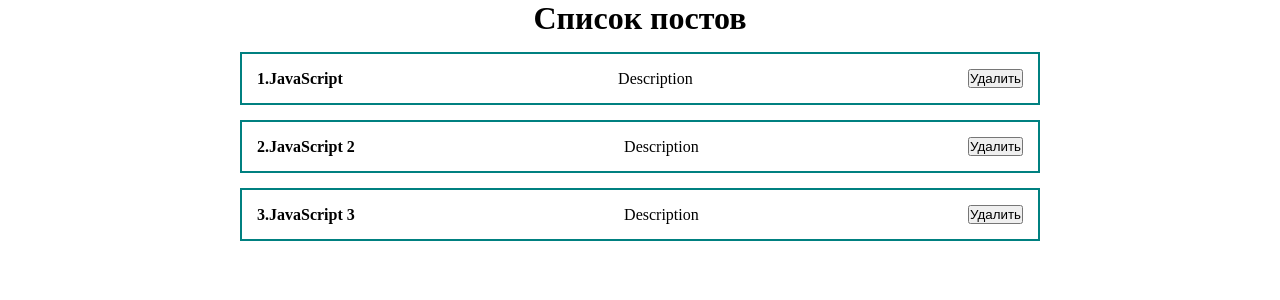
Repository: otvertka/ulb2_react
Page: / (app in jk_project/)
These files come from the project's save history. The page is drawn as it stood at one moment and after the next save; the edit follows.
The browser window is 1280 px wide. The pictures show the whole page.
The project was rebuilt for these pictures with package versions that can differ from the ones it lists, and the page was loaded fresh each time. Also part of the build but not shown: jk_project/src/component/Counter.jsx, jk_project/src/component/ClassCounter.jsx.

Above is the page before, as saved 2023-09-08 11:38:48.

After the next save:
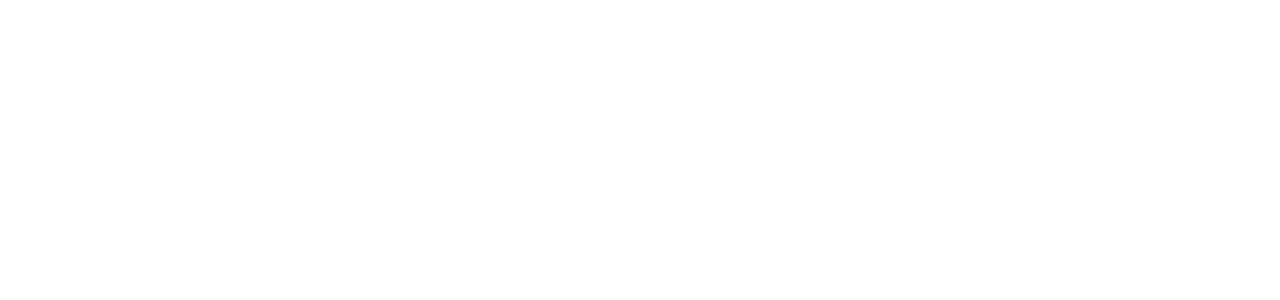
Saved 62 s later.
--- a/jk_project/src/App.js
+++ b/jk_project/src/App.js
@@ -11,14 +11,7 @@
     { id: 3, title: "JavaScript 3", body: "Description" },
   ]);
 
-  return (
-    <div className="App">
-      <h1 style={{ textAlign: "center" }}>Список постов</h1>
-      {posts.map((post) => (
-        <PostItem post={post} key={post.id} />
-      ))}
-    </div>
-  );
+  return <div className="App"></div>;
 }
 
 export default App;

After the 3 saves that followed:
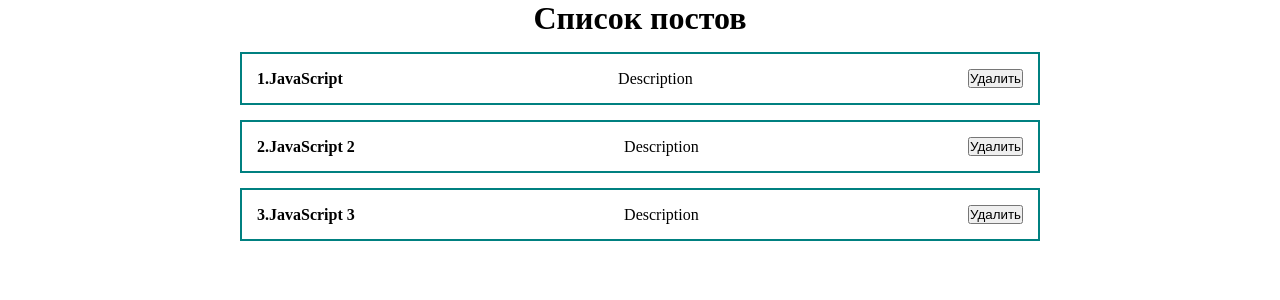
The 3 saves are shown as one change because 2 did not build or start.
The last was saved 97 s later.
--- a/jk_project/src/App.js
+++ b/jk_project/src/App.js
@@ -3,6 +3,7 @@
 import ClassCounter from "./component/ClassCounter";
 import classes from "./styles/App.css";
 import PostItem from "./component/PostItem";
+import PostList from "./component/PostList";
 
 function App() {
   const [posts, setPosts] = useState([
@@ -11,7 +12,11 @@
     { id: 3, title: "JavaScript 3", body: "Description" },
   ]);
 
-  return <div className="App"></div>;
+  return (
+    <div className="App">
+      <PostList posts={posts} />
+    </div>
+  );
 }
 
 export default App;
--- a/jk_project/src/component/PostList.jsx
+++ b/jk_project/src/component/PostList.jsx
@@ -1,7 +1,7 @@
 import React from "react";
 import PostItem from "./PostItem";
 
-const PostList = () => {
+const PostList = ({ posts }) => {
   return (
     <div>
       <h1 style={{ textAlign: "center" }}>Список постов</h1>
